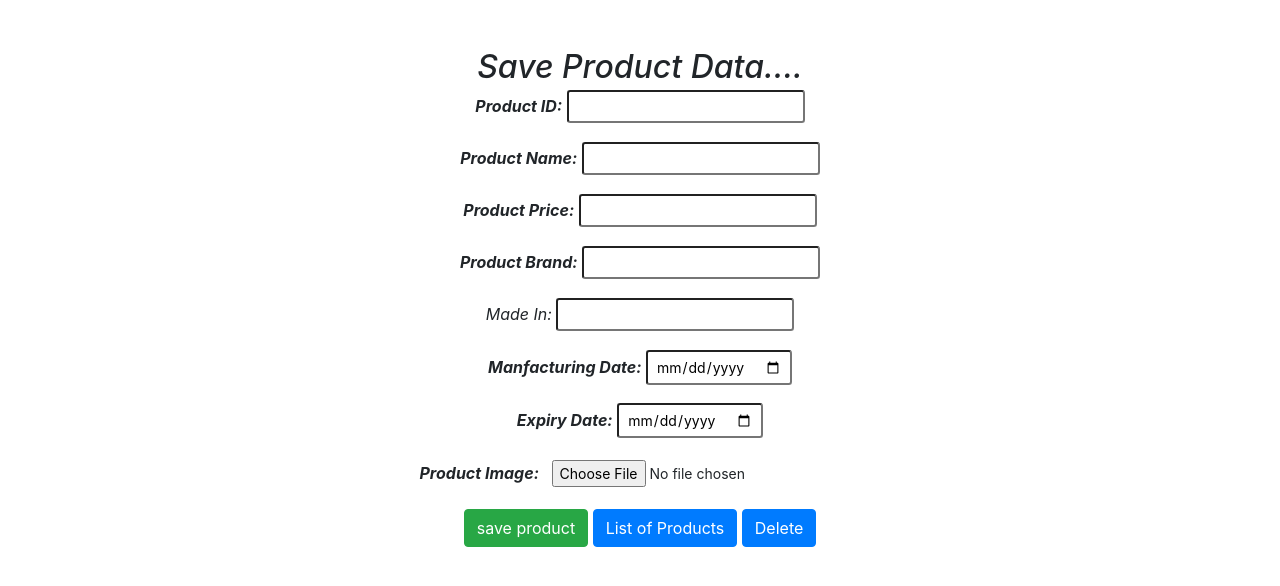
Repository: kamisettiprasanna/AdvJavaPrograms
Page: ProductManagementApp/src/main/webapp/app-product.html
The author's editor kept a copy of each file at every save. The page is drawn from the files as they stood at one save, then again after the next save.
The browser window is 1280 px wide. The pictures show the whole page.

Above is the page before, as saved 2024-03-06 11:54:30.

After the next save:
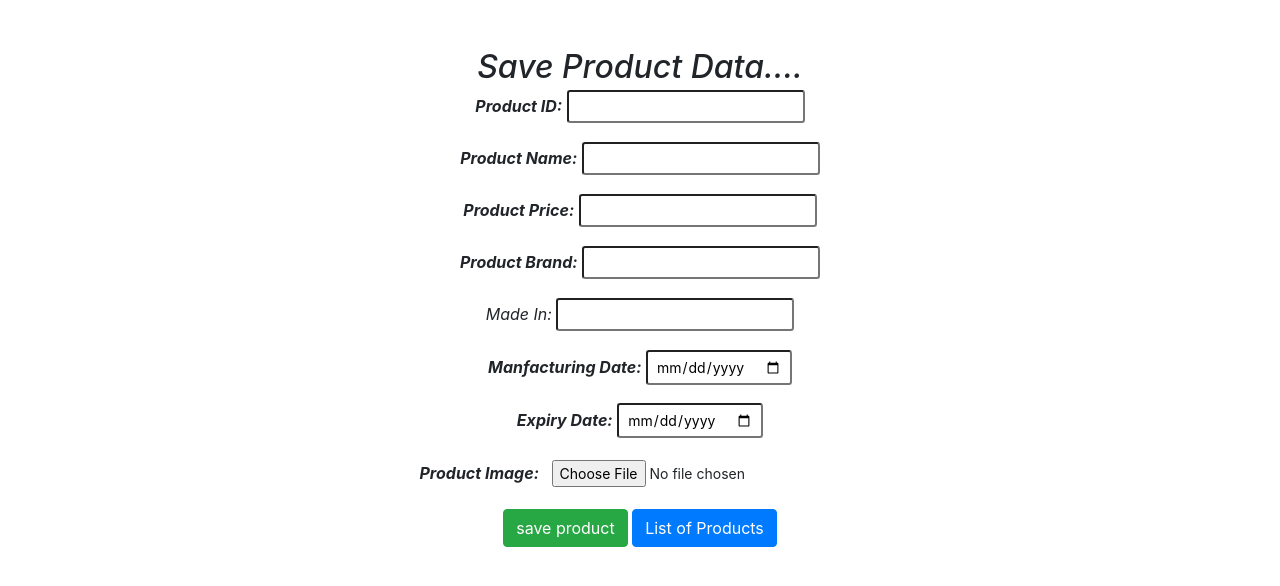
Saved 17 s later.
--- a/ProductManagementApp/src/main/webapp/app-product.html
+++ b/ProductManagementApp/src/main/webapp/app-product.html
@@ -68,7 +68,7 @@
                   <div>
                   <input type="submit" class="btn btn-success" value="save product"/>
                   <a href="productList.jsp" class="btn btn-primary">List of Products</a>
-                  <a class="btn btn-primary" href="./DeleteProductServlet?proId=${product.proId}">Delete</a>
+
                </div>
 
         </form>
